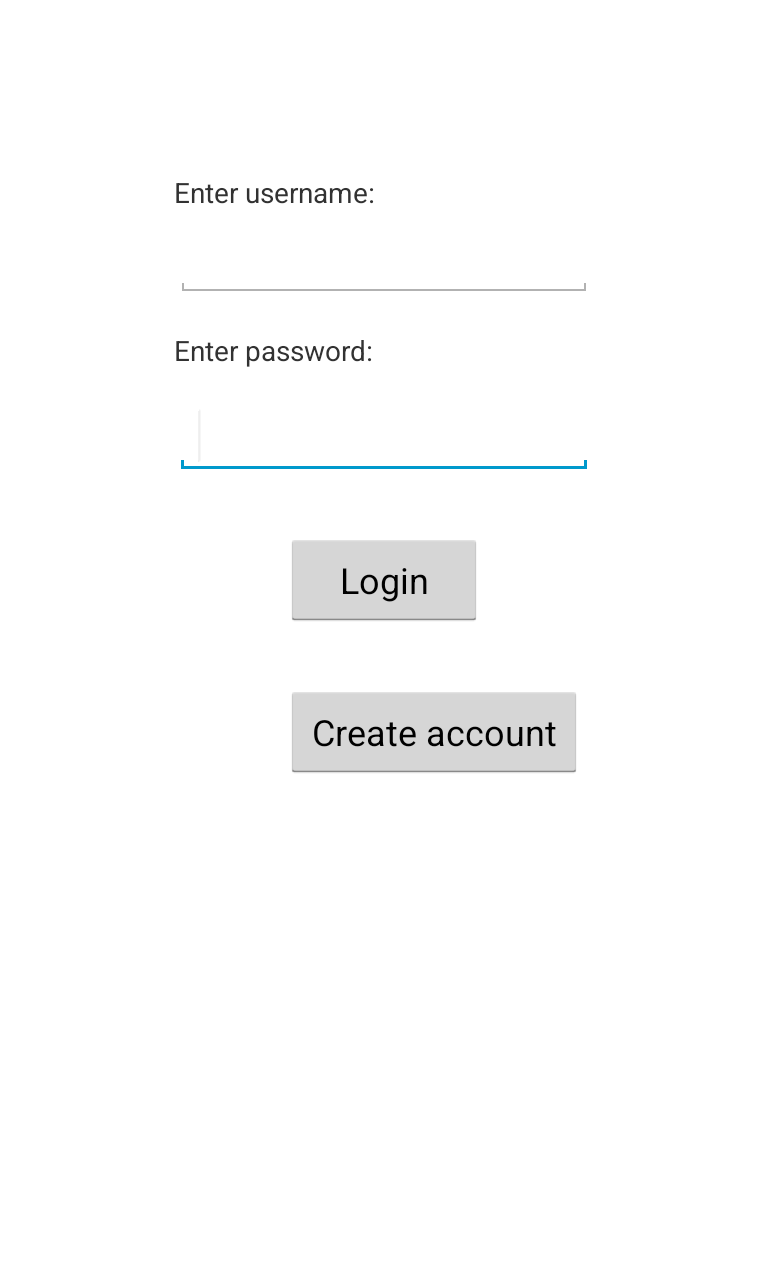
Repository: Codlex/JSMS
Layout: AndroidClient/res/layout/activity_main.xml
These files come from the project's save history. The layout is drawn as it stood at one moment and after the next save; the edit follows.
It is drawn on a 768 x 1280 px phone screen (xhdpi) without system bars, with theme AppTheme; the app's code is not run.

Above is the layout before, as saved 2013-01-04 14:59:03.

After the next save:
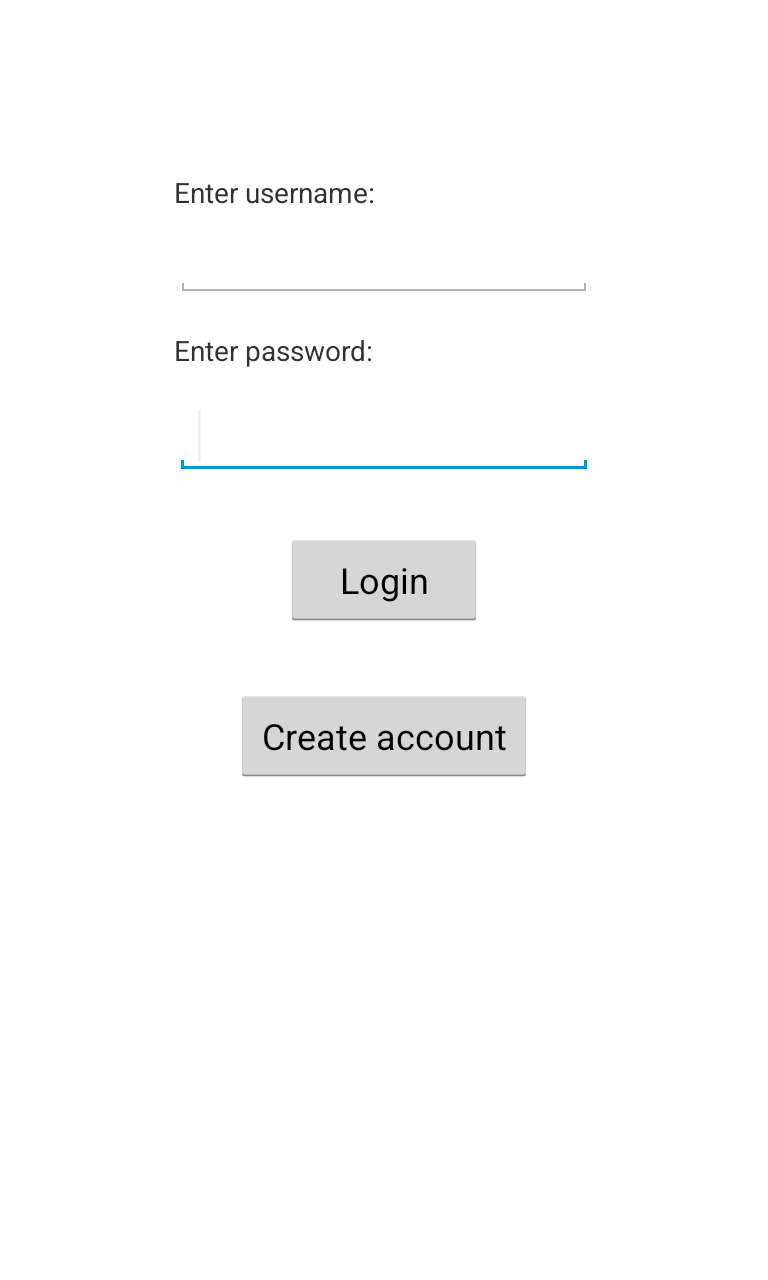
Saved 6 s later.
--- a/AndroidClient/res/layout/activity_main.xml
+++ b/AndroidClient/res/layout/activity_main.xml
@@ -59,9 +59,9 @@
         android:id="@+id/registerb"
         android:layout_width="150dp"
         android:layout_height="wrap_content"
-        android:layout_alignLeft="@+id/loginb"
         android:layout_below="@+id/loginb"
-        android:layout_marginTop="28dp"
+        android:layout_centerHorizontal="true"
+        android:layout_marginTop="30dp"
         android:text="@string/create_account" />
 
 </RelativeLayout>
